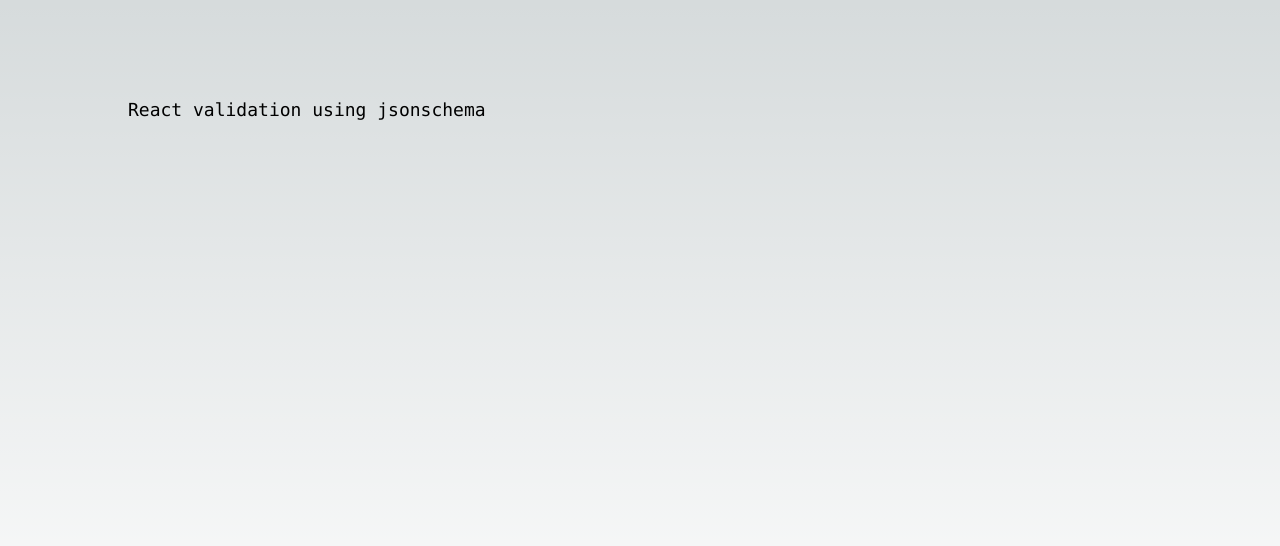
Repository: rajsenthil/react-jsonschema-validation
Page: /
An editor plug-in stored every save of this project. The page is shown before and after the next save, followed by the edit.
The browser window is 1280 px wide. The pictures show the whole page.
The project was rebuilt for these pictures with package versions that can differ from the ones it lists, and the page was loaded fresh each time. The framework's server and built-in components were replaced by stand-ins that run in the browser. Also part of the build but not shown: next.config.js.

Above is the page before, as saved 2023-09-12 19:32:01.

After the next save:
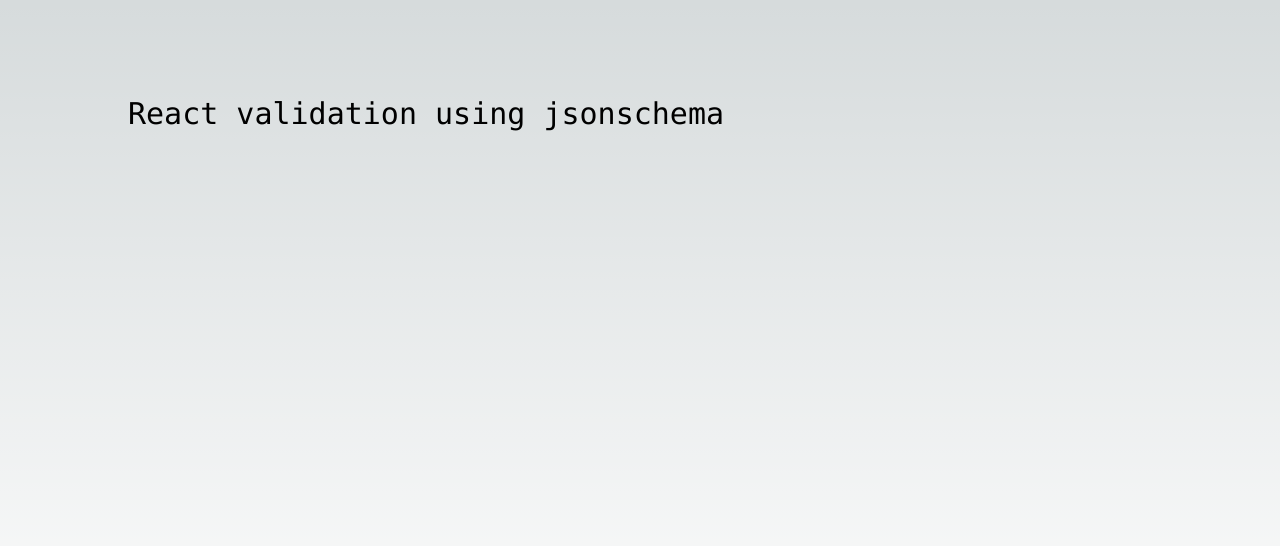
Saved 13 s later.
--- a/pages/index.tsx
+++ b/pages/index.tsx
@@ -9,7 +9,7 @@ export default function Home() {
       className={`flex min-h-screen flex-col items-center justify-between p-24 ${montserrat.className}`}
     >
       <div className='z-10 max-w-5xl w-full items-center justify-between font-mono lg:flex'>
-        <div className='text-lg'>React validation using jsonschema</div>
+        <div className='text-3xl'>React validation using jsonschema</div>
       </div>
     </main>
   )
